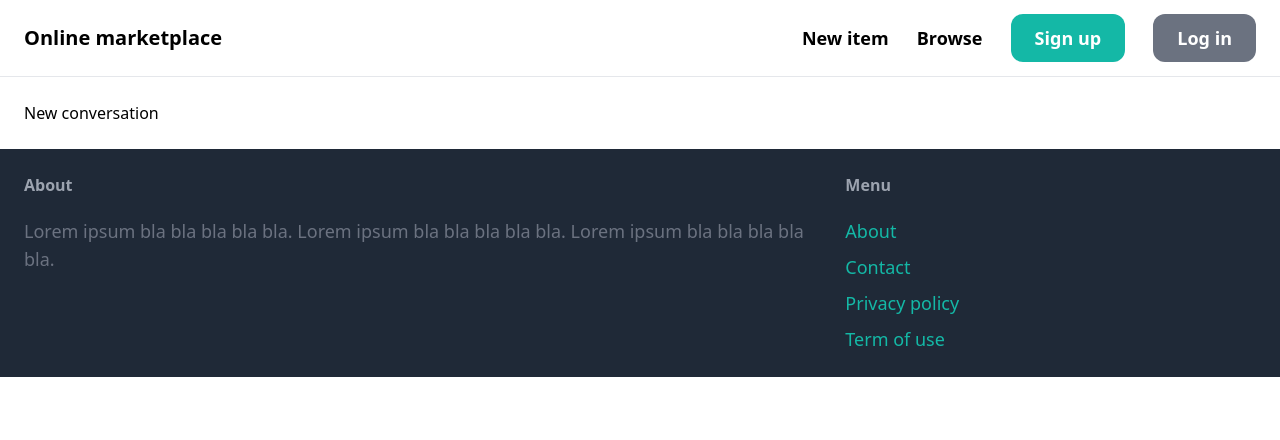
Repository: Anamikatiwari/Online_Market_Place
Page: conversation/templates/conversation/new.html
An editor plug-in stored every save of this project. The page is shown before and after a run of saves, followed by the edit.
The browser window is 1280 px wide. The pictures show the whole page.
Some web libraries are served in a nearby version. The template is drawn by Django 5.2. The application's start-up code is not run. The template is opened directly, without the code that normally fills it, so the values that code supplies are empty.

Above is the page before, as saved 2024-09-07 15:43:17.

After the next 2 saves:
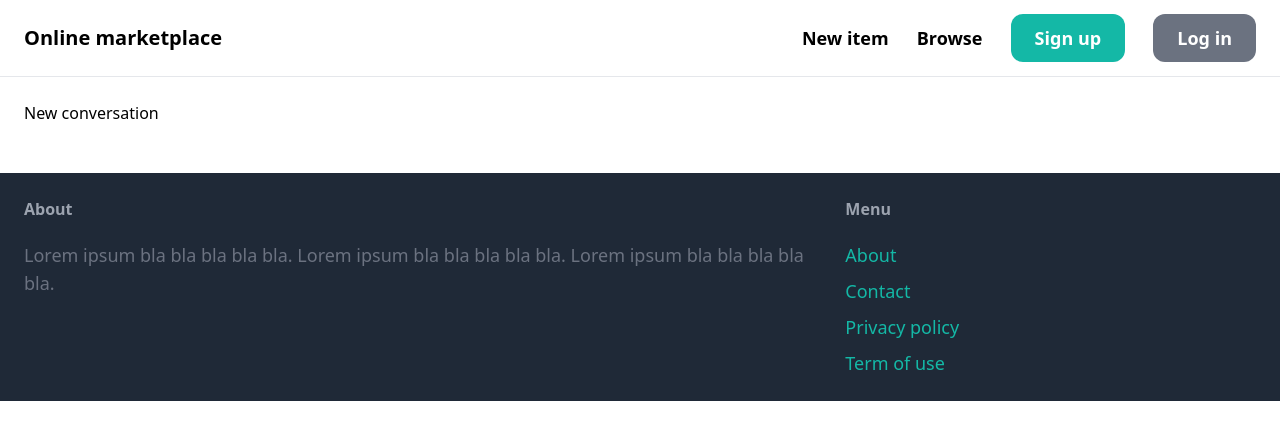
The 2 saves are shown as one change because they came seconds apart.
The last was saved 8 s later.
--- a/conversation/templates/conversation/new.html
+++ b/conversation/templates/conversation/new.html
@@ -3,5 +3,5 @@
 {% block title %}New conversation{% endblock title %}
 
 {% block content %}
-    <h1 >New conversation</h1>
+    <h1 class="mb-6">New conversation</h1>
 {% endblock content %}
